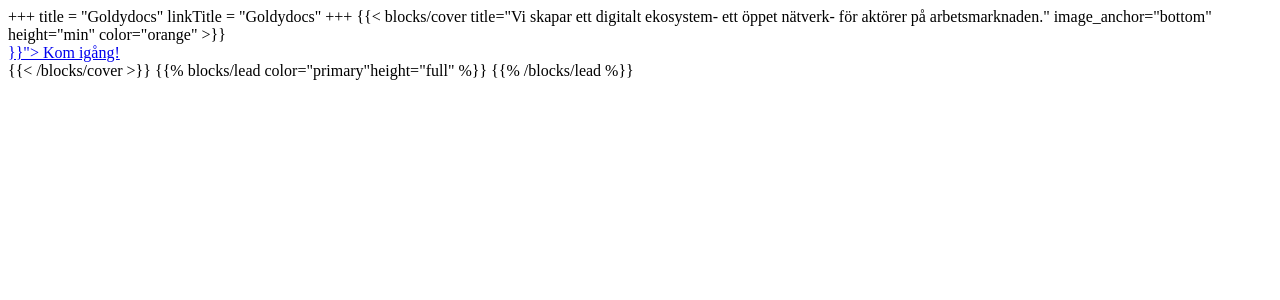
Repository: rudasn/docsy-cms-netlify
Page: content/sv/_index.html
These files come from the project's save history. The page is drawn as it stood at one moment and after a run of saves; the edit follows.
The browser window is 1280 px wide. The pictures show the whole page.

Above is the page before, as saved 2021-05-04 15:41:16.

### content/sv/_index.html
+++
title = "Goldydocs"
linkTitle = "Goldydocs"

+++

{{< blocks/cover title="Vi skapar ett digitalt ekosystem- ett öppet nätverk- för aktörer på arbetsmarknaden." image_anchor="bottom" height="min"  color="orange" >}}
<div >
	<a class="button" href="{{< relref "/docs" >}}">
		Kom igång! <i class="fas fa-arrow-alt-circle-right ml-2"></i>
	</a>




</div>
{{< /blocks/cover >}}


{{% blocks/lead color="primary"height="full" %}}



{{% /blocks/lead %}}
<!--
	>
{{< blocks/section color="dark" >}}
{{% blocks/feature icon="fa-lightbulb" title="New chair metrics!" %}}
The Goldydocs UI now shows chair size metrics by default.

Please follow this space for updates!
{{% /blocks/feature %}}


{{% blocks/feature icon="fab fa-github" title="Contributions welcome!" url="https://github.com/google/docsy-example" %}}
We do a [Pull Request](https://github.com/google/docsy-example/pulls) contributions workflow on **GitHub**. New users are always welcome!
{{% /blocks/feature %}}


{{% blocks/feature icon="fab fa-twitter" title="Follow us on Twitter!" url="https://twitter.com/docsydocs" %}}
For announcement of latest features etc.
{{% /blocks/feature %}}


{{< /blocks/section >}}
-->

<!---
{{< blocks/section >}}
<div class="col">
<h1 class="text-center">This is the second Section</h1>
</div>

{{< /blocks/section >}}
-->


<!----
{{< blocks/section >}}
{{% blocks/feature icon="fab fa-app-store-ios" title="Download **from AppStore**" %}}
Get the Goldydocs app!
{{% /blocks/feature %}}



{{% blocks/feature icon="fab fa-github" title="Contributions welcome!" url="https://github.com/google/docsy-example" %}}
We do a [Pull Request](https://github.com/google/docsy-example/pulls) contributions workflow on **GitHub**. New users are always welcome!
{{% /blocks/feature %}}


{{% blocks/feature icon="fab fa-twitter" title="Follow us on Twitter!" url="https://twitter.com/GoHugoIO" %}}
For announcement of latest features etc.
{{% /blocks/feature %}}


{{< /blocks/section >}}
-->

<!--

{{< blocks/section >}}

<div class="col-12">
<h1 class="text-center">This is another Section</h1>
</div>

{{< /blocks/section >}}
-->

After the next 2 saves:
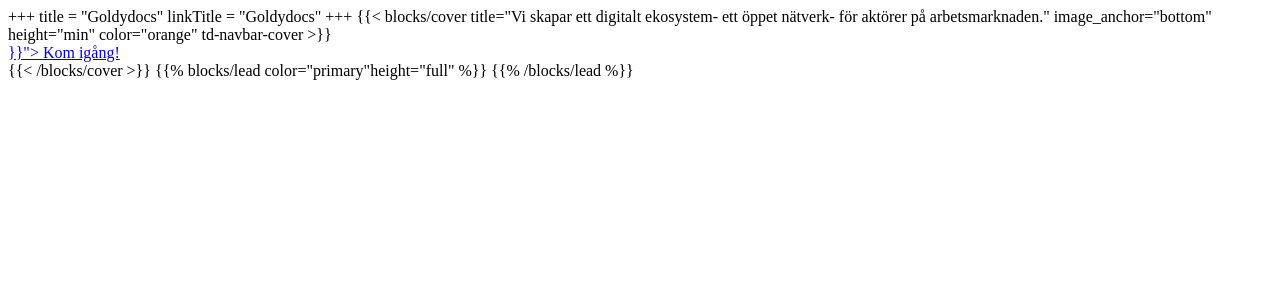
The 2 saves are shown as one change because they came seconds apart.
The last was saved 92 s later.
--- a/content/sv/_index.html
+++ b/content/sv/_index.html
@@ -4,7 +4,7 @@
 
 +++
 
-{{< blocks/cover title="Vi skapar ett digitalt ekosystem- ett öppet nätverk- för aktörer på arbetsmarknaden." image_anchor="bottom" height="min"  color="orange" >}}
+{{< blocks/cover title="Vi skapar ett digitalt ekosystem- ett öppet nätverk- för aktörer på arbetsmarknaden." image_anchor="bottom" height="min"  color="orange" td-navbar-cover >}}
 <div >
 	<a class="button" href="{{< relref "/docs" >}}">
 		Kom igång! <i class="fas fa-arrow-alt-circle-right ml-2"></i>

After the 2 saves that followed:
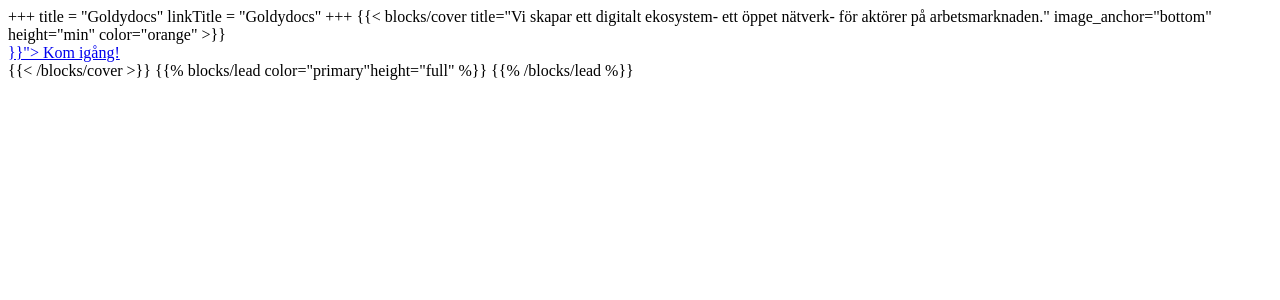
The 2 saves are shown as one change because they came seconds apart.
The last was saved 11 s later.
--- a/content/sv/_index.html
+++ b/content/sv/_index.html
@@ -4,7 +4,7 @@
 
 +++
 
-{{< blocks/cover title="Vi skapar ett digitalt ekosystem- ett öppet nätverk- för aktörer på arbetsmarknaden." image_anchor="bottom" height="min"  color="orange" td-navbar-cover >}}
+{{< blocks/cover title="Vi skapar ett digitalt ekosystem- ett öppet nätverk- för aktörer på arbetsmarknaden." image_anchor="bottom" height="min"  color="orange" >}}
 <div >
 	<a class="button" href="{{< relref "/docs" >}}">
 		Kom igång! <i class="fas fa-arrow-alt-circle-right ml-2"></i>
